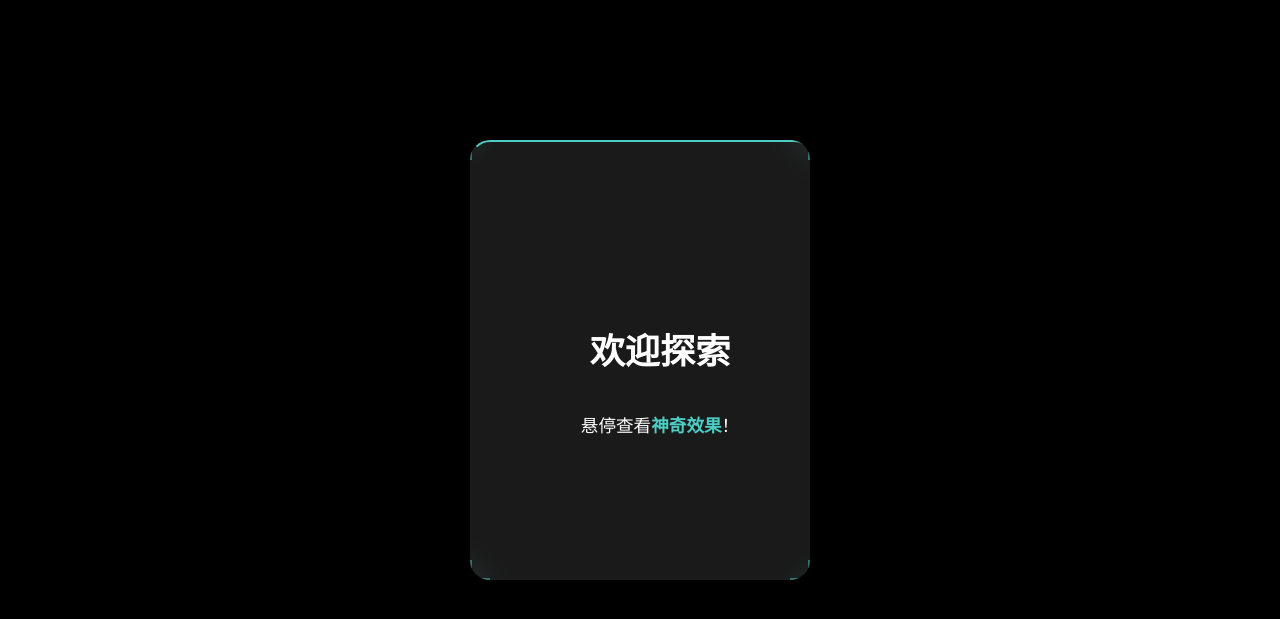
Repository: zjccc123/demo
Page: index4.html
These files come from the project's save history. The page is drawn as it stood at one moment and after the next save; the edit follows.
The browser window is 1280 px wide. The pictures show the whole page.

Above is the page before, as saved 2025-06-14 11:31:02.

After the next save:
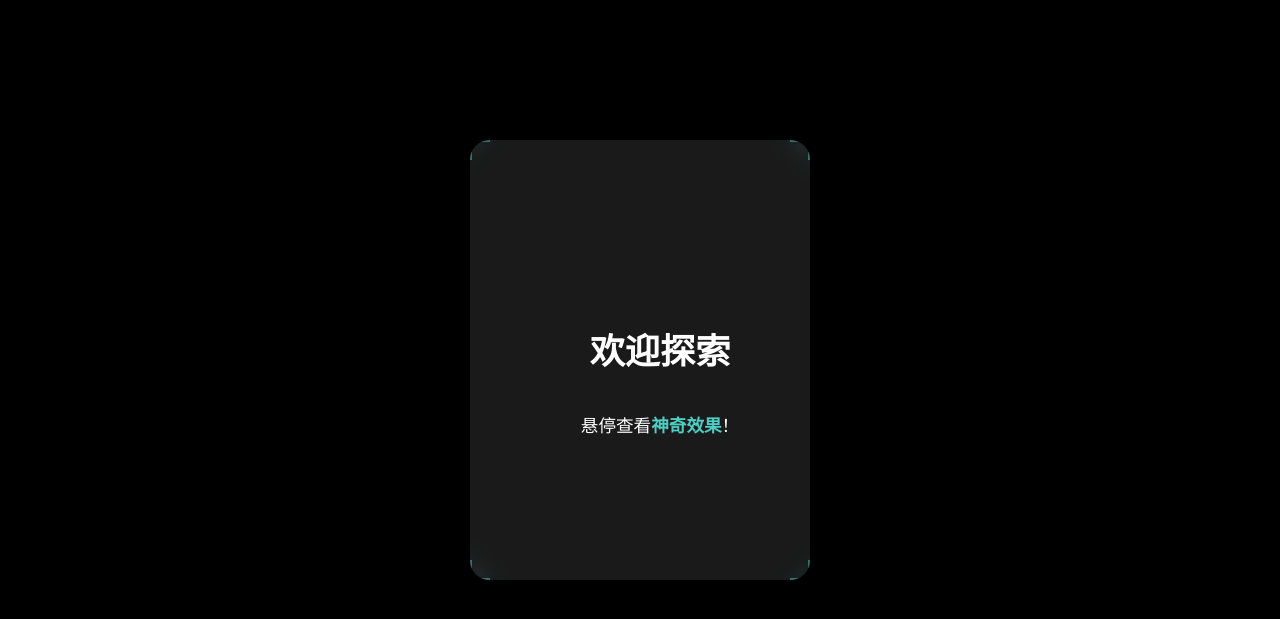
Saved 95 s later.
--- a/index4.html
+++ b/index4.html
@@ -37,68 +37,53 @@
             position: relative;
             overflow: hidden;
         }
-        .card::before,
-        .card::after {
-            content: '';
+        .laser {
             position: absolute;
             width: 100%;
             height: 100%;
             top: 0;
             left: 0;
+            pointer-events: none;
+            opacity: 0;
+            transition: opacity 0.3s ease;
+        }
+        .laser::before {
+            content: '';
+            position: absolute;
+            width: 100%;
+            height: 100%;
             border: 2px solid transparent;
             border-radius: 20px;
-            pointer-events: none;
-        }
-        .card::before {
-            border-top-color: #4ecdc4;
-            border-right-color: #4ecdc4;
-            animation: borderAnimation1 2s linear infinite;
-        }
-        .card::after {
-            border-bottom-color: #ff6b6b;
-            border-left-color: #ff6b6b;
-            animation: borderAnimation2 2s linear infinite;
-        }
-        @keyframes borderAnimation1 {
+            background: linear-gradient(90deg, #4ecdc4, #ff6b6b);
+            -webkit-mask:
+                linear-gradient(#fff 0 0) content-box,
+                linear-gradient(#fff 0 0);
+            -webkit-mask-composite: xor;
+            mask-composite: exclude;
+            animation: laserMove 2s linear infinite;
+        }
+        @keyframes laserMove {
             0% {
-                clip-path: polygon(0 0, 100% 0, 100% 0, 0 0);
-            }
-            25% {
-                clip-path: polygon(0 0, 100% 0, 100% 100%, 0 100%);
-            }
-            50% {
-                clip-path: polygon(0 0, 100% 0, 100% 100%, 0 100%);
-            }
-            75% {
-                clip-path: polygon(0 0, 100% 0, 100% 0, 0 0);
-            }
-            100% {
-                clip-path: polygon(0 0, 100% 0, 100% 0, 0 0);
-            }
-        }
-        @keyframes borderAnimation2 {
-            0% {
-                clip-path: polygon(0 0, 100% 0, 100% 100%, 0 100%);
+                clip-path: polygon(0 0, 0 0, 0 0, 0 0);
             }
             25% {
                 clip-path: polygon(0 0, 100% 0, 100% 0, 0 0);
             }
             50% {
-                clip-path: polygon(0 0, 100% 0, 100% 0, 0 0);
+                clip-path: polygon(100% 0, 100% 100%, 100% 100%, 100% 0);
             }
             75% {
-                clip-path: polygon(0 0, 100% 0, 100% 100%, 0 100%);
+                clip-path: polygon(100% 100%, 0 100%, 0 100%, 100% 100%);
             }
             100% {
-                clip-path: polygon(0 0, 100% 0, 100% 100%, 0 100%);
+                clip-path: polygon(0 100%, 0 0, 0 0, 0 100%);
             }
         }
         .card:hover {
             transform: scale(1.1);
         }
-        .card:hover::before,
-        .card:hover::after {
-            animation-duration: 1s;
+        .card:hover .laser {
+            opacity: 1;
         }
         .corner {
             position: absolute;
@@ -194,6 +179,7 @@
     <div id="particles-js"></div>
     <div class="content">
         <div class="card">
+            <div class="laser"></div>
             <div class="corner corner-tl"></div>
             <div class="corner corner-tr"></div>
             <div class="corner corner-bl"></div>
